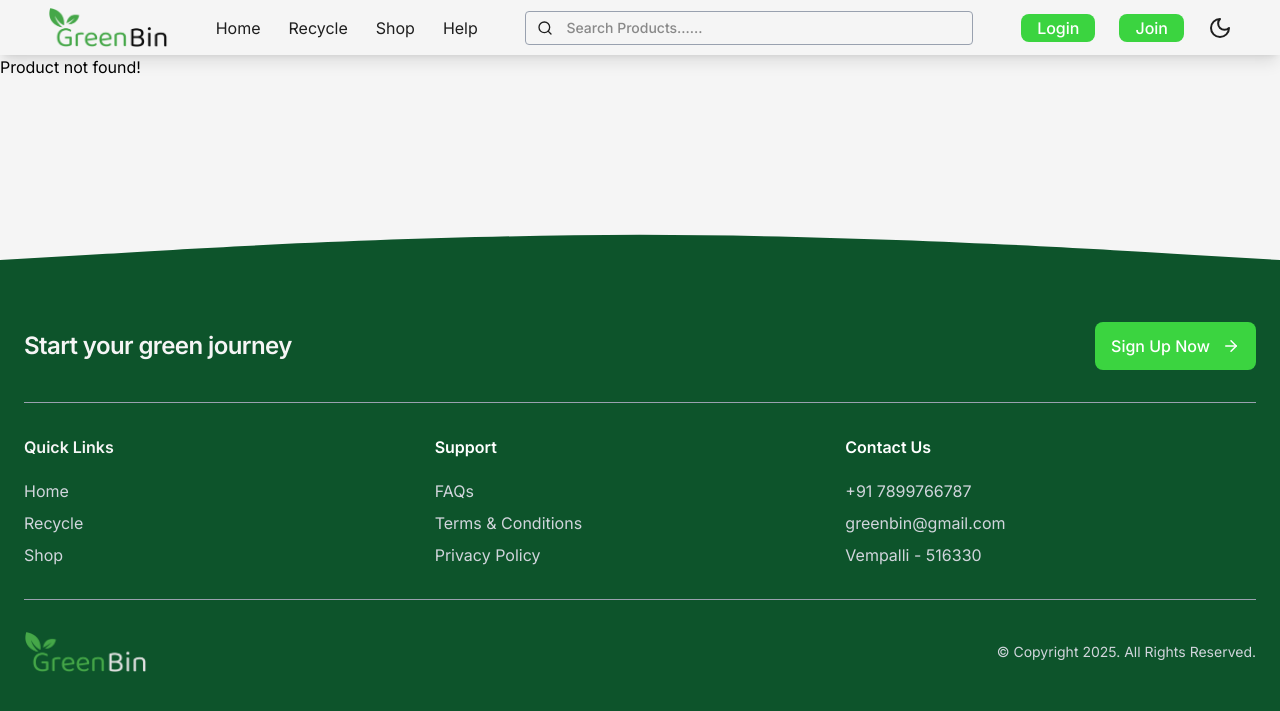
Repository: Siddhu123456/Plastic-Waste-Management
Page: /product/1 (app in frontend/)
The author's editor kept a copy of each file at every save. The page is drawn from the files as they stood at one save, then again after the next save.
The browser window is 1280 px wide. The pictures show the whole page.
The page's requests for data from a server got no answer. The project was rebuilt for these pictures with package versions that can differ from the ones it lists, and the page was loaded fresh each time. No one was signed in, and anything a server would have sent is missing. Also part of the build but not shown: frontend/vite.config.js, frontend/src/components/ProductCard.jsx, frontend/src/components/TrendingProductsCarousel.jsx, frontend/src/data/products.js, frontend/src/pages/Home.jsx, frontend/src/components/FilterBar.jsx, frontend/src/pages/customer/Shop.jsx, frontend/src/pages/customer/Recycle.jsx and 13 more. Imported but missing from the stored project, and not drawn on this page: frontend/src/pages/Help, frontend/src/pages/customer/WishList.

Above is the page before, as saved 2025-04-28 12:06:45.

### frontend/src/index.css
@import url('https://fonts.googleapis.com/css2?family=Fugaz+One&family=Montserrat:ital@0;1&display=swap');
@import url('https://fonts.googleapis.com/css2?family=Inter:ital,opsz,wght@0,14..32,100..900;1,14..32,100..900&display=swap');
@import "tailwindcss";


@custom-variant dark (&:where(.dark, .dark *));


@theme{
  --color-ow : #f5f5f5;
  --color-dbg : #000803;
  --color-dsc : #1e221f;
  --color-dtc : #313532;
  --color-lgg : #3bd440;
  --color-tc : #1e1e1e;
  --color-lgd : #2aa12e;
  --color-bl: #1D2A35;
  --color-lg-trans : rgba(69, 167, 72, 0.3);
}

@layer components {
  .pri-btn {
    @apply text-white cursor-pointer text-center rounded-lg bg-lgg hover:bg-lgd transition duration-300
  }
  .white-btn {
    @apply text-lgg cursor-pointer text-center rounded-2xl bg-ow transition duration-300
  }
  .trans-btn{
    @apply border text-center rounded-2xl cursor-pointer border-lgg text-lgg hover:bg-lgg hover:text-white transition
  }

  .white-trans-btn{
    @apply border text-center rounded-2xl cursor-pointer border-white text-white transition duration-300
  }
}

@layer utilities{
  .no-scrollbar::-webkit-scrollbar {
    display: none;
}
.no-scrollbar {
    -ms-overflow-style: none;
    scrollbar-width: none;
}
}

:root{
  font-family: "Inter", sans-serif;
  background-color: #f5f5f5;
  box-sizing: border-box;
  overflow-x: hidden;
}


input[type='range'] {
  pointer-events: all;
  height: 0;
}

input[type='range']::-webkit-slider-thumb {
  appearance: none;
  height: 16px;
  width: 16px;
  background: #22c55e;
  border-radius: 9999px;
  cursor: pointer;
  border: none;
}

input[type='range']::-moz-range-thumb {
  height: 16px;
  width: 16px;
  background: #22c55e;
  border-radius: 9999px;
  cursor: pointer;
  border: none;
}

### frontend/src/App.jsx
import AppRoutes from './routes/AppRoutes.jsx'


const App = () => (
    <AppRoutes />
)

export default App;

### frontend/src/routes/AppRoutes.jsx
import {BrowserRouter as Router, Routes, Route} from 'react-router-dom'

import Home from '../pages/Home'
import Help from '../pages/Help'
import Shop from '../pages/customer/Shop'
import Recycle from '../pages/customer/Recycle'
import Cart from '../pages/customer/Cart'
import WishList from '../pages/customer/WishList'
import ProductOverview from '../pages/customer/ProductOverview'
import ScrollToTop from './ScrollToTop'
import Layout from '../components/Layout'
import Wallet from '../pages/customer/Wallet'
import OrderHistory from '../pages/customer/OrderHistory'
import OrderSummary from '../pages/customer/OrderSummary'
import PickupHistory from '../pages/customer/PickupHistory'
import CustomerProfile from '../pages/customer/CustomerProfile'

const AppRoutes = () => {
  return (
    <Router>
      <Layout>
      <ScrollToTop />
        <Routes>
            <Route path='/' element={<Home />} />
            <Route path='/recycle' element={<Recycle />} />
            <Route path='/shop' element={<Shop />} />
            <Route path='/help' element={<Help />} />
            <Route path='/cart' element={<Cart />} />
            <Route path='/favorites' element={<WishList />} />
            <Route path='/wallet' element={<Wallet />} />
            <Route path='/product/:id' element={<ProductOverview />} />
            <Route path='/orders' element={<OrderHistory />} />
            <Route path='/orders/:id' element={<OrderSummary />} />
            <Route path='/pickups' element={<PickupHistory />} />
            <Route path='/cprofile' element={<CustomerProfile />} />
        </Routes>
        </Layout>
    </Router>
  )
}

export default AppRoutes

### frontend/src/pages/customer/ProductOverview.jsx
import React, { useState, useEffect } from "react";
import { FaRegStar, FaStar, FaStarHalfStroke } from "react-icons/fa6";
import { LuHeart } from "react-icons/lu";
import TrendingProductsCarousel from "../../components/TrendingProductsCarousel";
import Modal from "../../components/Modal";
import { PiCoinVerticalDuotone } from "react-icons/pi";
import { useParams } from "react-router-dom";
import axios from "axios";

const ProductOverview = () => {
  const { id } = useParams(); // Get product ID from URL parameter
  const [liked, setLiked] = useState(false);
  const [openImage, setOpenImage] = useState(false);
  const [product, setProduct] = useState(null); // To store product data
  const [loading, setLoading] = useState(true); // To track loading state

  // Fetch product details from backend when component mounts
  useEffect(() => {
    const fetchProduct = async () => {
      try {
        // Replace with your backend URL for fetching the product by ID
        const response = await axios.get(`http://localhost:8080/api/product/${id}`);
        console.log(response.data)
        setProduct(response.data); // Set the fetched data to state
      } catch (error) {
        console.error("Error fetching product:", error);
      } finally {
        setLoading(false); // Set loading to false after fetching
      }
    };

    fetchProduct();
  }, [id]); // Dependency on 'id' ensures it fetches when the ID changes

  // Handle case when the product is not found or loading
  if (loading) return <div>Loading...</div>;
  if (!product) return <div>Product not found!</div>;

  const [mainImage, setMainImage] = useState(product.images[0].imageUrl);

  return (
    <>
      <section className="md:max-w-4xl lg:max-w-5xl mx-auto p-4 w-full">
        {/* Product Card */}
        <div className="bg-ow dark:bg-dsc p-0 sm:p-4">

          <div className="grid grid-cols-1 md:grid-cols-2 gap-8">
            {/* Image */}
            <div className="flex flex-col lg:flex-row gap-4 max-w-lg m-auto">
              <div className="lg:order-2">
                  <img
                  src={mainImage}
                  alt={product.name}
                  onClick={() => setOpenImage(true)}
                  className="w-full h-80 object-cover rounded-xl cursor-pointer"
              />

              <Modal open={openImage} onClose={() => setOpenImage(false)}>
                <img
                    src={mainImage}
                    alt={product.name}
                    className="w-full h-80 object-cover rounded-xl"
                />
              </Modal>

              </div>

              <div className="flex lg:flex-col justify-center gap-4 lg:order-1">
                {product.images.map((img, idx) => (
                  <div key={idx} className="w-16 h-16 ">
                    <img
                      src={img.imageUrl}
                      alt={`thumb-${idx}`}
                      className={`w-full h-full object-cover rounded-md cursor-pointer ${
                        img.imageUrl === mainImage ? "ring-2 ring-lgg" : ""
                      }`}
                      onClick={() => setMainImage(img.imageUrl)}
                    />
                  </div>
                ))}
              </div>
            </div>

            {/* Details */}
            <div className="space-y-4 flex flex-col justify-between">
              <h2 className="text-2xl font-semibold text-tc dark:text-ow">{product.name}</h2>
              <p className="text-sm text-gray-500 dark:text-gray-400">{product.category}</p>
              <p className="text-gray-700 dark:text-gray-300">{product.description}</p>

              {/* Price */}
              <div className="flex items-center gap-3">
                <span className="text-xl font-bold flex items-center text-lgg">
                  <PiCoinVerticalDuotone />{product.price}
                </span>
              </div>

              {/* Rating */}
              <div className="flex items-center">
                  <div className="flex text-lgg">
                  {[...Array(5)].map((_, i) => {
                              const diff = product.rating - i;

                              if (diff >= 1) {
                              return <FaStar key={i} />;
                              } else if (diff >= 0.5) {
                              return <FaStarHalfStroke key={i} />;
                              } else {
                              return <FaRegStar key={i} />;
                              }
                          })}
                  </div>

                <span className="ml-2 flex items-center gap-2 text-sm">
                  <div className="text-gray-700 dark:text-gray-300">{product.rating}</div>
                  <div className="text-gray-500 dark:text-gray-400">({product.ratedCount})</div>
                </span>
              </div>

              {/* Stock */}
              <p className="text-sm text-gray-600 dark:text-gray-400">
                Stock:{" "}
                <span
                  className={
                    product.stock > 0 ? "text-lgg" : "text-red-600 dark:text-red-400"
                  }
                >
                  {product.stock > 0
                    ? `${product.stock} available`
                    : "Out of stock"}
                </span>
              </p>

              {/* Button */}
              <div className="flex gap-4 items-center">
              <button
                  disabled={product.stock === 0}
                  className={`w-full py-2 px-4 font-semibold ${
                      product.stock === 0
                      ? "bg-gray-400 cursor-not-allowed rounded-lg"
                      : "pri-btn"
                  }`}
                  >
                  Add to Cart
                  </button>

              <button
                  onClick={() => setLiked(!liked)}
                  className={`px-4 py-2 rounded-lg text-lgg border-lgg border-1 transition cursor-pointer hover:bg-green-100 dark:hover:bg-green-900`}
                  title={`${liked ? "Remove from wishlist":"Add to wishlist"}`}
                  >
                  <LuHeart className={`${liked ? "fill-green-500" : "fill-ow dark:fill-dsc"} text-xl`} />
              </button>
              </div>

            </div>
          </div>
        </div>

        {/* Features Section Outside Card */}
        <div className="mt-6 bg-neutral-200 dark:bg-dtc p-4 rounded-lg">
          <h3 className="text-xl font-semibold mb-2 text-tc dark:text-ow">Product Features</h3>
          <ul className="grid grid-cols-1 sm:grid-cols-2 md:grid-cols-3 gap-y-2 text-gray-700 dark:text-gray-300">
            {Object.entries(product.features).map(([key, val]) => (
              <li key={key}>
                <span className="font-semibold capitalize">{key}:</span> {val}
              </li>
            ))}
          </ul>
        </div>
      </section>


      {/* Similar Products */}
      <section className="mt-8 py-4 px-1 sm:px-4 xl:px-6 w-full bg-ow dark:bg-dsc">

          <div className="flex justify-between items-center mb-4 px-4 sm:mb-8">
            <h2 className="text-2xl font-semibold text-tc dark:text-ow">Similar <span className='text-lgg'>Products</span></h2>
          </div>
          <TrendingProductsCarousel products={products} />
      </section>
    </>
  );
};

export default ProductOverview;

### frontend/src/routes/ScrollToTop.jsx
import { useEffect } from "react";
import { useLocation } from "react-router-dom";

const ScrollToTop = () => {
    const {pathname} = useLocation()
    useEffect(() => {
        window.scrollTo(0,0)
    },[pathname])

    return null
}

export default ScrollToTop;

### frontend/src/components/Layout.jsx
// Layout.jsx
import React from "react"
import Footer from "./Footer";
import Navbar from "./Navbar"

const Layout = ({ children }) => {
  return (
    <div className="min-h-screen flex flex-col bg-ow dark:bg-dsc">
      <Navbar />

      <main className="flex-1">
        {children}
      </main>

      <Footer />
    </div>
  );
};

export default Layout;

### frontend/src/components/Footer.jsx
import React, { useState } from 'react'
import LogoGBW from '../assets/images/logoGBW.png'
import { Link } from 'react-router-dom'
import { LuArrowRight } from 'react-icons/lu'
import AuthModal from '../pages/auth/AuthModal'

const Footer = () => {
    const [isLogged, setIsLogged] = useState(false)
    const [authOpen, setAuthOpen] = useState(false)
    const [loginOpen, setLoginOpen] = useState(false)


  return (
    <footer className="bg-green-900 relative mt-16 bottom-0">
        <svg
            className="absolute top-0 w-full h-6 -mt-5 sm:-mt-10 sm:h-16 text-deep-purple-accent-400"
            preserveAspectRatio="none"
            viewBox="0 0 1440 54"
        >
            <path
            fill="#0d542b"
            d="M0 22L120 16.7C240 11 480 1.00001 720 0.700012C960 1.00001 1200 11 1320 16.7L1440 22V54H1320C1200 54 960 54 720 54C480 54 240 54 120 54H0V22Z"
            />
        </svg>

        <div className="container px-6 py-12 mx-auto">
            {!isLogged &&
                <>
                <div className="md:flex md:-mx-3 md:items-center md:justify-between">
                    <h1 className="text-xl font-semibold tracking-tight md:mx-3 xl:text-2xl text-ow">Start your green journey</h1>
                        <div className="mt-6 md:mx-3 shrink-0 md:mt-0 md:w-auto">
                            <button
                                className="inline-flex items-center justify-center font-medium w-full px-4 py-3  gap-x-3 pri-btn"
                                onClick={
                                    () => {
                                        setLoginOpen(false)
                                        setAuthOpen(true)
                                    }}
                            >
                                <span>Sign Up Now</span>
                                <LuArrowRight className='text-lg'/>
                            </button>
                        </div>
                </div>
                <hr className="my-6 border-gray-400 md:my-8"/>
                </>
            }

            <div className="grid grid-cols-2 gap-x-0 gap-y-6 sm:grid-cols-3">
                <div>
                    <p className="font-semibold text-ow">Quick Links</p>

                    <div className="flex flex-col items-start mt-5 space-y-2">
                        <Link to="/" className=" transition-colors duration-300 text-gray-300 hover:text-lgg">Home</Link>
                        <Link to="/recycle" className=" transition-colors duration-300 text-gray-300 hover:text-lgg">Recycle</Link>
                        <Link to="#" className=" transition-colors duration-300 text-gray-300 hover:text-lgg">Shop</Link>
                    </div>
                </div>

                <div>
                    <p className="font-semibold  text-white">Support</p>

                    <div className="flex flex-col items-start mt-5 space-y-2">
                        <Link to="#" className=" transition-colors duration-300 text-gray-300 hover:text-lgg">FAQs</Link>
                        <Link to="#" className=" transition-colors duration-300 text-gray-300 hover:text-lgg">Terms & Conditions</Link>
                        <Link to="#" className=" transition-colors duration-300 text-gray-300 hover:text-lgg">Privacy Policy</Link>
                    </div>
                </div>

                <div>
                    <p className="font-semibold  text-white">Contact Us</p>

                    <div className="flex flex-col items-start mt-5 space-y-2">
                        <Link to="#" className=" transition-colors duration-300 text-gray-300 hover:text-lgg">+91 7899766787</Link>
                        <Link to="#" className=" transition-colors duration-300 text-gray-300 hover:text-lgg">greenbin@gmail.com</Link>
                        <Link to="#" className=" transition-colors duration-300 text-gray-300 hover:text-lgg">Vempalli - 516330</Link>
                    </div>
                </div>
            </div>

            <hr className="my-6 border-gray-400 md:my-8 "/>

            <div className="flex flex-col items-center justify-between sm:flex-row">
                <Link to="#">
                    <img className="w-auto h-10" src={LogoGBW} alt=""/>
                </Link>

                <p className="mt-4 text-sm sm:mt-0 text-gray-300">© Copyright 2025. All Rights Reserved.</p>
            </div>
        </div>

        <AuthModal
        authOpen={authOpen}
        loginOpen={loginOpen}
        setLoginOpen={()=>setLoginOpen(prev => !prev)}
        onClose={() => setAuthOpen(prev => !prev)}
      />
    </footer>

  )
}

export default Footer

### frontend/src/pages/auth/AuthModal.jsx
import React, { useEffect, useState } from 'react'
import Modal from '../../components/Modal'
import ForgotPassword from './FogotPassword'
import Login from './Login'
import Signup from './Signup'

const AuthModal = ({authOpen, loginOpen, setLoginOpen, onClose, setIsLogged}) => {
      const [isPasswordForgot, setIsPasswordForgot] = useState(false)
      useEffect(() => {
        if (!authOpen) {
          setIsPasswordForgot(false)
        }
      }, [authOpen])
  return (
    <Modal
        open={authOpen}
        onClose={onClose}
    >
        {
            isPasswordForgot ? <ForgotPassword setIsPasswordForgot={setIsPasswordForgot} /> :
                loginOpen ? <Login setLoginOpen={setLoginOpen} onClose={onClose} setIsPasswordForgot={() => setIsPasswordForgot(prev => !prev)} setIsLogged={setIsLogged} /> :
                    <Signup setLoginOpen={setLoginOpen} setIsLogged={setIsLogged} onClose={onClose}/>
        }
    </Modal>
  )
}

export default AuthModal

### frontend/src/components/ThemeToggle.jsx
import { useEffect, useState } from "react";
import { LuMoon, LuSun, LuSunDim } from 'react-icons/lu';


const ThemeToggle = ({theme,setTheme}) => {
  useEffect(() => {
    if (theme === "dark") {
      document.documentElement.classList.add("dark");
    } else {
      document.documentElement.classList.remove("dark");
    }
    localStorage.setItem("theme", theme);
  }, [theme]);

  const toggleTheme = () => {
    setTheme(theme === "light" ? "dark" : "light");
  };

  return (
    <button
      onClick={toggleTheme}
      className="flex items-center justify-center cursor-pointer hover:text-lgg"
    >
      {theme === "light" ? <LuMoon className="text-2xl sm:text-xl md:text-2xl" /> : <LuSun className="text-2xl" />}
    </button>
  );
};

export default ThemeToggle;

Loaded but not shown: frontend/index.html (common file); frontend/src/main.jsx (common file); frontend/src/components/Navbar.jsx (439 lines, source omitted)

After the next save:
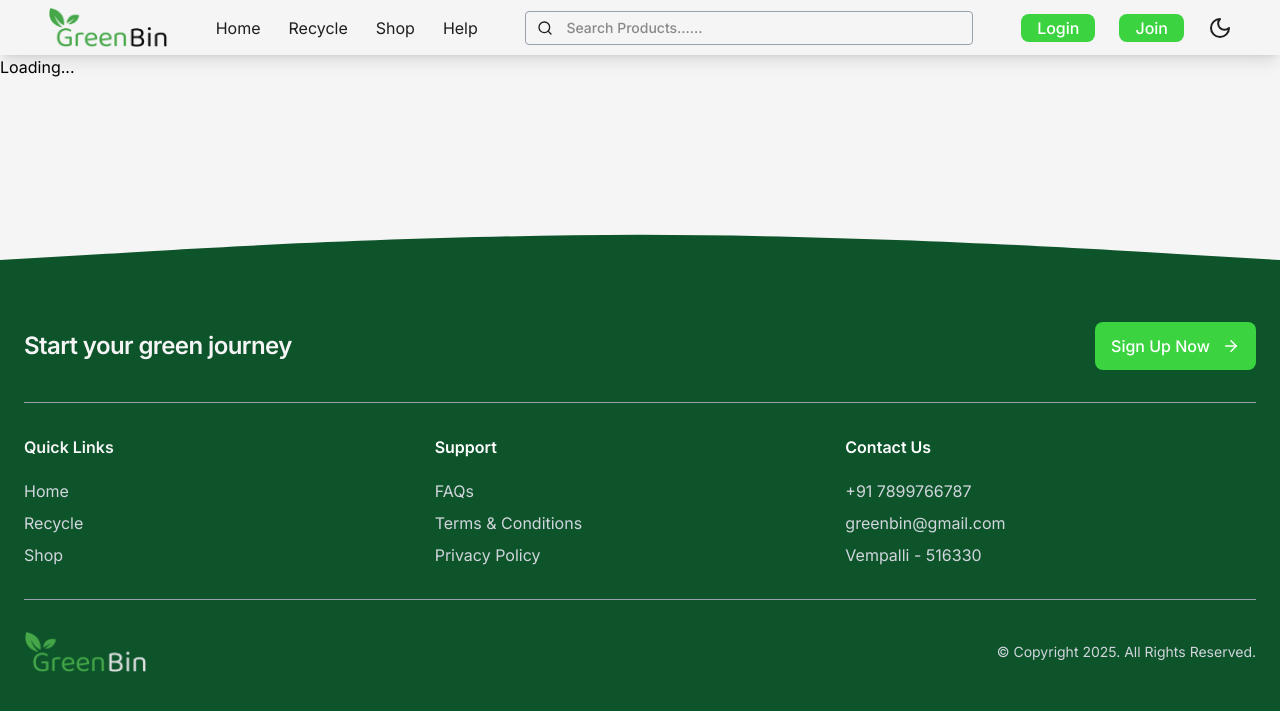
Saved 2 min 35 s later.
--- a/frontend/src/pages/customer/ProductOverview.jsx
+++ b/frontend/src/pages/customer/ProductOverview.jsx
@@ -8,35 +8,33 @@ import { useParams } from "react-router-dom";
 import axios from "axios";
 
 const ProductOverview = () => {
-  const { id } = useParams(); // Get product ID from URL parameter
+  const { id } = useParams();
+
+  const [product, setProduct] = useState(null);
   const [liked, setLiked] = useState(false);
   const [openImage, setOpenImage] = useState(false);
-  const [product, setProduct] = useState(null); // To store product data
-  const [loading, setLoading] = useState(true); // To track loading state
+  const [mainImage, setMainImage] = useState(""); // <- you missed this earlier, mainImage was not declared
 
-  // Fetch product details from backend when component mounts
   useEffect(() => {
     const fetchProduct = async () => {
       try {
-        // Replace with your backend URL for fetching the product by ID
-        const response = await axios.get(`http://localhost:8080/api/product/${id}`);
-        console.log(response.data)
-        setProduct(response.data); // Set the fetched data to state
+        const response = await axios.get(`http://localhost:8080/api/products/${id}`);
+        const fetchedProduct = response.data;
+        setProduct(fetchedProduct);
+        if (fetchedProduct.image && fetchedProduct.image.length > 0) {
+          setMainImage(fetchedProduct.image[0]);
+        }
       } catch (error) {
         console.error("Error fetching product:", error);
-      } finally {
-        setLoading(false); // Set loading to false after fetching
       }
     };
 
     fetchProduct();
-  }, [id]); // Dependency on 'id' ensures it fetches when the ID changes
+  }, [id]);
 
-  // Handle case when the product is not found or loading
-  if (loading) return <div>Loading...</div>;
-  if (!product) return <div>Product not found!</div>;
-
-  const [mainImage, setMainImage] = useState(product.images[0].imageUrl);
+  if (!product) {
+    return <div>Loading...</div>;
+  }
 
   return (
     <>
